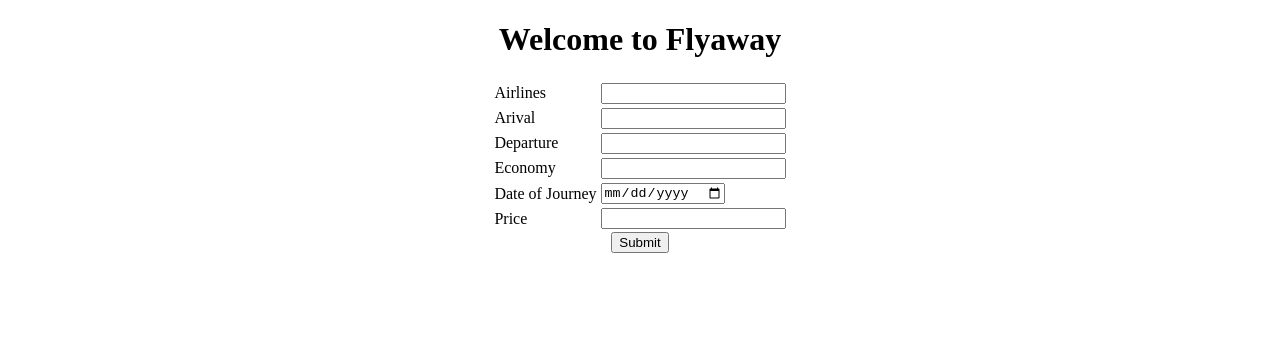
Repository: sahith-ginne/sahithginne_Phase2_NishaWaikar
Page: http://localhost/Flyaway/Home.jsp
The author's editor kept a copy of each file at every save. The page is drawn from the files as they stood at one save, then again after the next save.
The browser window is 1280 px wide. The pictures show the whole page.
The page is served by Tomcat 9. Queries for data that is not in the repository find no rows.

Above is the page before, as saved 2021-05-01 11:54:56.

After the next save:
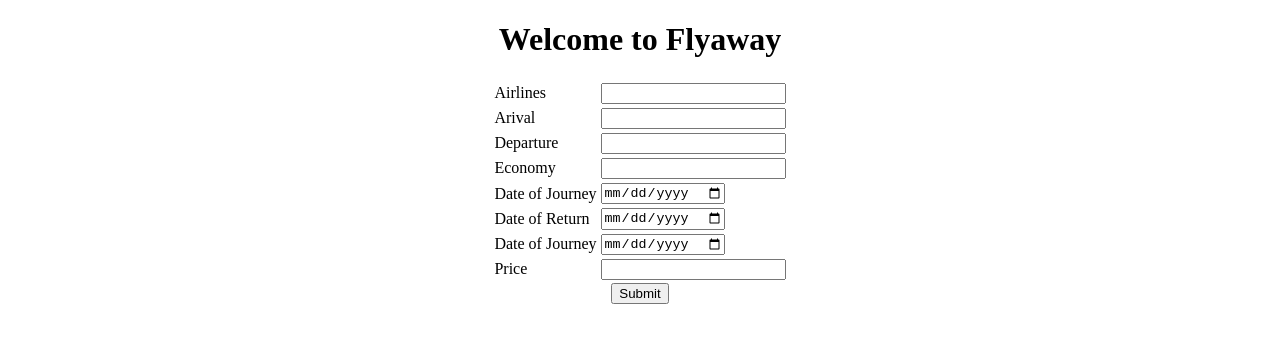
Saved 35 min 1 s later.
--- a/Flyaway/WebContent/Home.jsp
+++ b/Flyaway/WebContent/Home.jsp
@@ -27,22 +27,30 @@
 
     <tr>
      <td>Airlines</td>
-     <td><input type="text" name="Airlines" ></input></td>
+     <td><input type="text" name="Airlines" required ></input></td>
     </tr>
 
     <tr>
      <td>Arival</td>
-     <td><input type="text" name="Arival" /></td>
+     <td><input type="text" name="Arival" required/></td>
     </tr>
     <tr>
      <td>Departure</td>
-     <td><input type="text" name="Departure"/></td>
+     <td><input type="text" name="Departure" required/></td>
     </tr>
     <tr>
      <td>Economy</td>
-     <td><input type="text" name="Economy"  /></td>
+     <td><input type="text" name="Economy" required /></td>
     </tr>
     <tr>
+    <td>Date of Journey</td>
+   <td><input type ="date" id="date" name="date" required/></td>
+   </tr>
+   <tr>
+    <td>Date of Return</td>
+   <td><input type ="date" id="date" name="date"/></td>
+   </tr>
+   <tr>
     <td>Date of Journey</td>
    <td><input type ="date" id="date" name="date"/></td>
    </tr>
